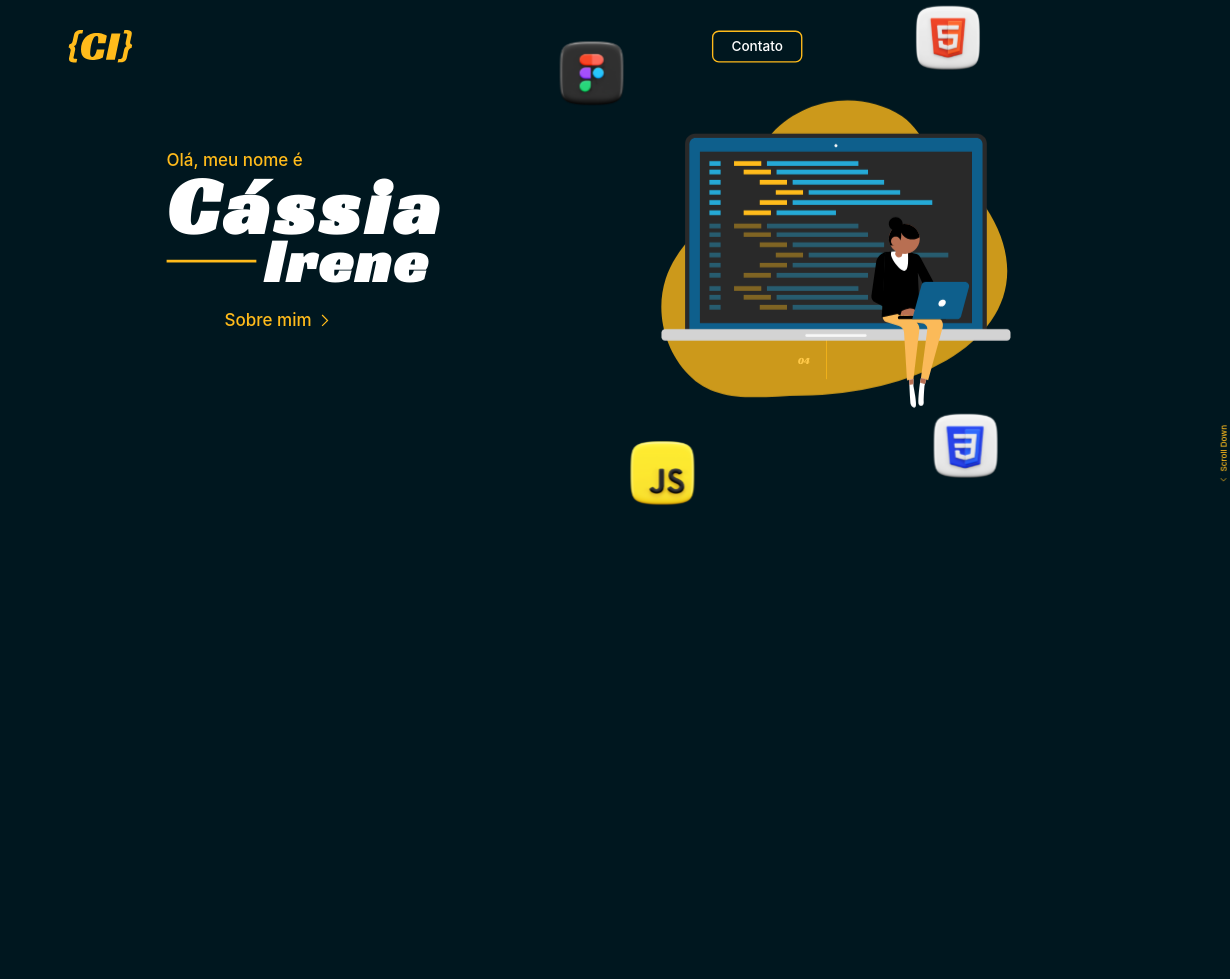
Repository: Cassia-Irene/My-Portfolio
Page: /
These files come from the project's save history. The page is drawn as it stood at one moment and after the next save; the edit follows.
The browser window is 1280 px wide. The page is 1809 px wide, so the pictures cover 1809 px, including what lies to the right of the window. The pictures show the whole page, at 68% of full size.
The project was rebuilt for these pictures with package versions that can differ from the ones it lists, and the page was loaded fresh each time. Also part of the build but not shown: vite.config.ts.

Above is the page before, as saved 2025-08-03 22:11:08.

### index.html
<!doctype html>
<html lang="en">
  <head>
    <meta charset="UTF-8" />
    <link rel="icon" type="image/svg+xml" href="./src/assets/logo.svg" />
    <meta name="viewport" content="width=device-width, initial-scale=1.0" />
    <link rel="preconnect" href="https://fonts.googleapis.com">
    <link rel="preconnect" href="https://fonts.gstatic.com" crossorigin>
    <link href="https://fonts.googleapis.com/css2?family=Racing+Sans+One&display=swap" rel="stylesheet">
    <title>Cássia Nascimento</title>
  </head>
  <body>
    <div id="root"></div>
    <script type="module" src="/src/main.tsx"></script>
  </body>
</html>

### src/index.css
* {
  padding: 0;
  margin: 0;
}

body {
  margin: 0;
  display: flex;
  place-items: center;
  min-width: 320px;
  min-height: 100vh;
}

body {
  background-color: #00171F;
}

### src/App.tsx
import React from "react";
import GlobalStyle from './GlobalStyle';
import Header from './Header';
import Hero from './Hero';
import SidebarNavigation from "./SidebarNavigation";
import SobreMim from './SobreMim';

const App: React.FC = () => {

  return (
    <>
    <SidebarNavigation />
      <GlobalStyle />
      <Header />
      <Hero />
      <SobreMim />
    </>
  );
};

export default App;

### src/GlobalStyle.ts
import { createGlobalStyle } from 'styled-components';

const GlobalStyle = createGlobalStyle`
  * {
    box-sizing: border-box;
  }

  body {
    margin: 0;
    padding: 0;
    overflow-x: hidden;
  }
  ::-webkit-scrollbar {
    width: 8px;
  }

`;

export default GlobalStyle;

### src/Header.tsx
import styled from "styled-components";

const HeaderContainer = styled.header`
    width: 100%;
    position: fixed;
    top: 30px;
    display: flex;
    justify-content: space-between;
    align-items: center;
    padding: 0 100px;
}
`;

const Logo = styled.img`
    width: 95px;
    height: 76px;

`;

const ContatoButton = styled.button`
    width: 133px;
    height: 47px;
    border: solid 2px #FFBB1B;
    border-radius: 10px;
    background-color: transparent;
    color: #FFFFFF;
    font-family: 'Inter', sans-serif;
    font-weight: 500;
    font-size: 20px;
    cursor: pointer;
    transition: all 0.3s ease-out;

    &:hover {
        background-color: #FFBB1B;
        font-weight: 500;
    }

`;

const Header = () => {
  return (
    <HeaderContainer>
        <Logo src="/src/assets/logo.svg" alt="Logo" />
      <ContatoButton>Contato</ContatoButton>
    </HeaderContainer>
  );
};

export default Header;

### src/Hero.tsx
import styled from "styled-components";

import centralImg from "./assets/svg_central.svg";
import img1 from "./assets/svg_figma.svg";
import img2 from "./assets/svg_html.svg";
import img3 from "./assets/svg_js.svg";
import img4 from "./assets/svg_css.svg";
import ArrowRight from "./assets/svg_seta_hero_sobre-mim.svg";
import ArrowDown from "./assets/svg_seta-down.svg";

const HeroSection = styled.section`
  height: 100vh;
  display: flex;
  justify-content: space-between;
  align-items: center;
  padding: 0 122px;
  position: relative;
  gap: 107px;
`;

const Left = styled.div`
  display: flex;
  flex-direction: column;
`;

const Intro = styled.p`
  font-family: "Inter", sans-serif;
  font-size: 25px;
  font-weight: 500;
  color: #FFBB1B;
  position: relative;
  left: 30%;
`;

const Name = styled.h1`
  font-size: 120px;
  font-family: "Racing Sans One", sans-serif;
  color: #FFFFFF;
  letter-spacing: 8px;
  position: relative;
  margin-top: -23px;
  left: 30%;
`;

const IreneWrapper = styled.div`
  display: flex;
  align-items: center;
  gap: 11px;
  margin-top: -51px;
  position: relative;
  left: 30%;
`;

const Rectangle = styled.div`
  width: 132.02px;
  height: 4px;
  background-color: #ffbb1b;
`;

const Irene = styled.h2`
  font-size: 90px;
  font-family: "Racing Sans One", sans-serif;
  color: #FFFFFF;
  letter-spacing: 4px;
`;

const AboutArrowIcon = styled.img`
  transition: transform 0.4s ease-in-out;
`;

const AboutButton = styled.button`
  display: flex;
  position: relative;
  left: 46%;
  align-items: center;
  background: transparent;
  padding: 10px 20px;
  cursor: pointer;
  border: none;
  font-family: "Inter", sans-serif;
  font-size: 25px;
  font-weight: 500;
  color: #ffbb1b;


  &:hover ${AboutArrowIcon} {
    transform: rotate(90deg);
  }
`;

const Right = styled.div`
  position: relative;
  width: 520px;
  height: 400px;
`;

const FloatingImg = styled.img<{ top?: string; left?: string; right?: string; bottom?: string }>`
  position: absolute;
  width: 100px;
  animation: float 4s ease-in-out infinite;
  ${({ top, left, right, bottom }) => `
    top: ${top || "auto"};
    left: ${left || "auto"};
    right: ${right || "auto"};
    bottom: ${bottom || "auto"};
  `}

  @keyframes float {
    0%, 100% {
      transform: translateY(0px);
    }
    50% {
      transform: translateY(-15px);
    }
  }
`;

const CentralImg = styled.img`
  width: 550px;
  height: 535.96px;
  position: absolute;
  top: -10%;
  left: 60%;
  transform: translate(-50%, -50%);
  animation: float 5s ease-in-out infinite;
`;

const ScrollDown = styled.button`
  position: absolute;
  bottom: 85px;
  left: 137%;
  transform: translateX(-50%);
  background: none;
  border: none;
  cursor: pointer;
  display: flex;
  align-items: center;
  gap: 2px;
  font-family: "Inter", sans-serif;
  font-size: 12px;
  font-weight: 500;
  white-space: nowrap;
  color: #ffbb1b;
  rotate: 270deg;

  img {
    width: 20px;
    height: 20px;
    rotate: 90deg;
    }

  &:hover img {
    transform: translateY(5px);
    transition: 0.3s ease;
  }
`;

const Hero = () => {
  const scrollToNext = () => {
    const nextSection = document.getElementById("next");
    if (nextSection) {
      nextSection.scrollIntoView({ behavior: "smooth" });
    }
  };

  return (
    <HeroSection id="section-00">
      {/* Lado Esquerdo */}
      <Left>
        <Intro>Olá, meu nome é</Intro>
        <Name>Cássia</Name>
        <IreneWrapper>
          <Rectangle />
          <Irene>Irene</Irene>
        </IreneWrapper>
        <AboutButton>
          Sobre mim <AboutArrowIcon src={ArrowRight} alt="Seta para a direita" />
        </AboutButton>
      </Left>

      {/* Lado Direito */}
      <Right>
        <CentralImg src={centralImg} alt="Principal" />
        <FloatingImg src={img1} top="-22%" left="35%" />
        <FloatingImg src={img2} top="-35%" right="-55%" />
        <FloatingImg src={img3} bottom="-50%" left="55%" />
        <FloatingImg src={img4} bottom="-40%" right="-60%" />
      </Right>

      {/* Scroll Down */}
      <ScrollDown onClick={scrollToNext}>
        <img src={ArrowDown} alt="Scroll Down" />
        Scroll Down
      </ScrollDown>
    </HeroSection>
  );
};

export default Hero;

### src/SidebarNavigation.tsx
import { useEffect, useRef, useState } from "react";
import styled from "styled-components";

const sections = ["00", "01", "02", "03", "04"];

const SidebarNavigation = () => {
  const [activeIndex, setActiveIndex] = useState(0);
  const [hoverIndex, setHoverIndex] = useState<number | null>(null);
  const barRef = useRef<HTMLDivElement>(null);

  useEffect(() => {
    const observer = new IntersectionObserver(
      (entries) => {
        entries.forEach((entry) => {
          if (entry.isIntersecting) {
            const index = Number(entry.target.id.split("-")[1]);
            setActiveIndex(index);
          }
        });
      },
      { threshold: 0.6 }
    );

    sections.forEach((_, index) => {
      const el = document.getElementById(`section-${index}`);
      if (el) observer.observe(el);
    });

    return () => observer.disconnect();
  }, []);

  useEffect(() => {
    const heightPerItem = 54; // mesma altura dos dots
    const targetIndex = hoverIndex !== null ? hoverIndex : activeIndex;

    if (barRef.current) {
      barRef.current.style.transform = `translateY(${targetIndex * heightPerItem}px)`;
    }
  }, [activeIndex, hoverIndex]);

  const handleClick = (index: number) => {
    const target = document.getElementById(`section-${index}`);
    if (target) {
      target.scrollIntoView({ behavior: "smooth" });
    }
  };

const SidebarContainer = styled.div`
  position: fixed;
  top: 40%;
  left: 93%;
  width: 50px;
  display: flex;
`;


const DotsWrapper = styled.div`
  display: flex;
  height: 270px;
`;

const Line = styled.div`
  width: 0.5px;
  height: 100%;
  background-color: #FFBB1B;
  z-index: 0;
  position: relative;
  left: 25px;
`;

const ActiveBar = styled.div`
  position: absolute;
  width: 2.5px;
  height: 54px;
  background-color: #ffbb1b;
  transition: transform 0.6s ease-in-out;
  z-index: 1;
  left: 23px;
`;

const Dots = styled.div`
  display: flex;
  flex-direction: column;
  gap: 0px;
  z-index: 2;
  position: relative;
  right: 40px;
`;

const Dot = styled.button<{ isActive: boolean }>`
  width: 40px;
  height: 54px;
  background: none;
  border: none;
  color: #FFFFFF;
  font-size: 14px;
  font-family: "Racing Sans One", sans-serif;
  cursor: pointer;
  display: flex;
  align-items: center;
  justify-content: flex-end;

  &:hover {
    color: #ffbb1b;
`;

  return (
    <SidebarContainer>
      <DotsWrapper>
        <Line />
        <ActiveBar ref={barRef} />
        <Dots>
          {sections.map((label, index) => (
            <Dot
              key={index}
              onClick={() => handleClick(index)}
              onMouseEnter={() => setHoverIndex(index)}
              onMouseLeave={() => setHoverIndex(null)}
              isActive={activeIndex === index}
            >
              {label}
            </Dot>
          ))}
        </Dots>
      </DotsWrapper>
    </SidebarContainer>
  );
};

export default SidebarNavigation;

### src/SobreMim.tsx
import styled from "styled-components";

const SobreMim = styled.section`
  height: 100vh;
  display: flex;
  justify-content: space-between;
  align-items: center;
  padding: 0 122px;
  position: relative;
  gap: 107px;
`;
export default SobreMim;

Loaded but not shown: src/main.tsx (common file)

After the next save:
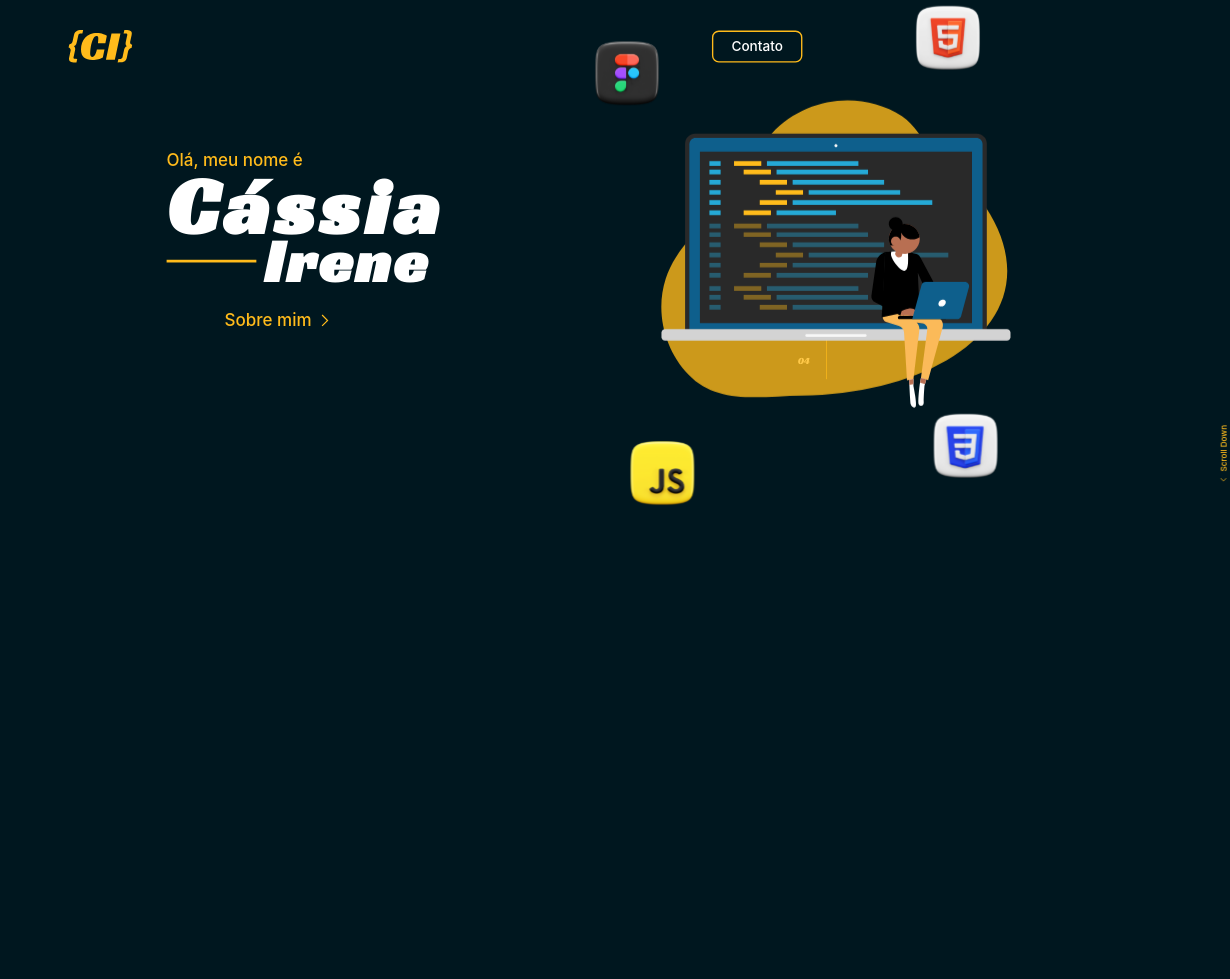
Saved 17 s later.
--- a/src/Hero.tsx
+++ b/src/Hero.tsx
@@ -181,7 +181,7 @@ const Hero = () => {
       {/* Lado Direito */}
       <Right>
         <CentralImg src={centralImg} alt="Principal" />
-        <FloatingImg src={img1} top="-22%" left="35%" />
+        <FloatingImg src={img1} top="-22%" left="45%" />
         <FloatingImg src={img2} top="-35%" right="-55%" />
         <FloatingImg src={img3} bottom="-50%" left="55%" />
         <FloatingImg src={img4} bottom="-40%" right="-60%" />
